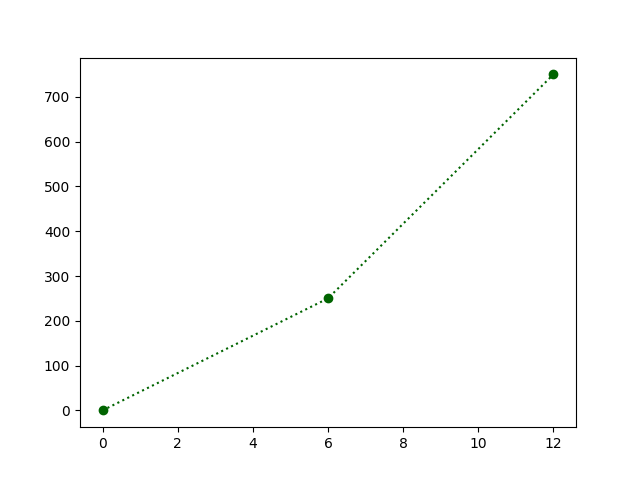
Repository: medenitunc/August-25-leanrning-Pyhton
Script's output: python Day02_05_Dv2.py
These files come from the project's save history. The script's output is drawn as it stood at one moment and after the next save; the edit follows.
Random numbers start from a fixed seed.

Above is the script's output before, as saved 2025-11-27 09:35:28.

After the next save:
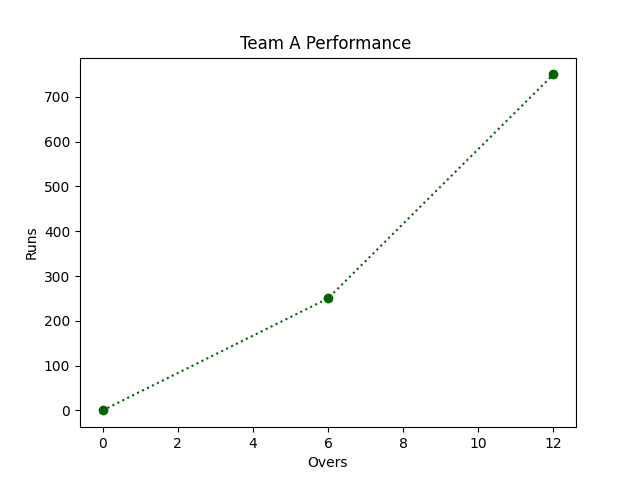
Saved 2 min 9 s later.
--- a/Day02_05_Dv2.py
+++ b/Day02_05_Dv2.py
@@ -8,4 +8,7 @@ xval = np.array([0,6,12])
 yval = np.array([0,250, 750])
 
 plt.plot(xval, yval, color='darkgreen', marker='o', linestyle='dotted', label='Sales Data')
+plt.xlabel('Overs')
+plt.ylabel('Runs')
+plt.title('Team A Performance ')
 plt.show()
